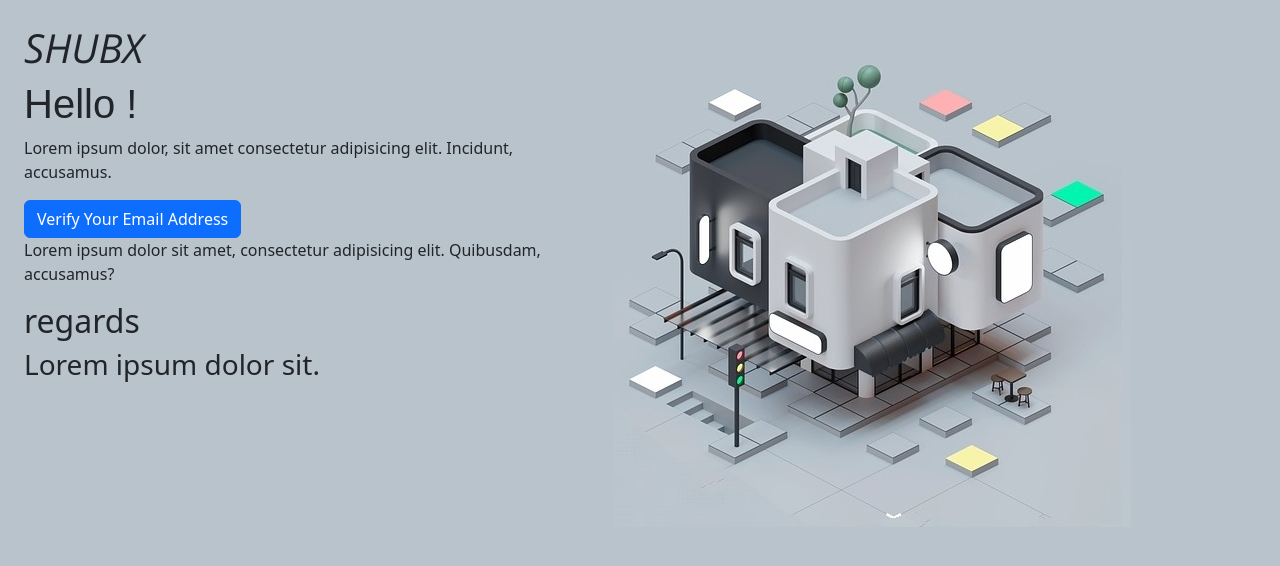
Repository: Aayush919/taskui
Page: index.html
These files come from the project's save history. The page is drawn as it stood at one moment and after the next save; the edit follows.
The browser window is 1280 px wide. The pictures show the whole page.
Some web fonts or font styles are not loaded; a fallback is used.

Above is the page before, as saved 2024-01-12 14:54:00.

### index.html
<!DOCTYPE html>
<html lang="en">

<head>
    <meta charset="utf-8">
    <meta name="viewport" content="width=device-width, initial-scale=1">
    <title>Bootstrap demo</title>
    <link href="https://cdn.jsdelivr.net/npm/bootstrap@5.3.2/dist/css/bootstrap.min.css" rel="stylesheet"
        integrity="sha384-T3c6CoIi6uLrA9TneNEoa7RxnatzjcDSCmG1MXxSR1GAsXEV/Dwwykc2MPK8M2HN" crossorigin="anonymous">
    <link rel="stylesheet" href="style.css">
    <style>
        .right img {
            max-width: 100%;
            height: auto;
        }
    </style>
</head>

<body >

    <div class="bg-light custom-bg ">
    <div class="container-fluid custom-bg p-4">
        <div class="row">
            <div class="col-lg-6 left">
                <div class="top">
                    <h1 class="title">Shubx</h1>
                    <h1 class="hello">Hello !</h1>
                    <p>Lorem ipsum dolor, sit amet consectetur adipisicing elit. Incidunt, accusamus.</p>
                    <button class="btn btn-primary">Verify Your Email Address</button>
                    <p>Lorem ipsum dolor sit amet, consectetur adipisicing elit. Quibusdam, accusamus?</p>
                    <h2>regards</h2>
                    <h3>Lorem ipsum dolor sit.</h3>
                </div>
            </div>
            <div class="col-lg-6 right">
                <img src="./bg.jpg" alt="Background Image" class="img-fluid">
            </div>
        </div>
    </div>
    </div>

    <script src="https://cdn.jsdelivr.net/npm/bootstrap@5.3.2/dist/js/bootstrap.bundle.min.js"
        integrity="sha384-C6RzsynM9kWDrMNeT87bh95OGNyZPhcTNXj1NW7RuBCsyN/o0jlpcV8Qyq46cDfL"
        crossorigin="anonymous"></script>
</body>

</html>

### style.css
@import url('https://fonts.googleapis.com/css2?family=Open+Sans:ital,wght@1,300&display=swap');
@import url('https://fonts.googleapis.com/css2?family=Open+Sans:ital,wght@1,300&family=Salsa&display=swap');



* {
    margin: 0;
    padding: 0;
    box-sizing: border-box;

}


html,
body {
    height: 100%;
    width: 100%;

}

.custom-bg {
    background-color: #B9C3CC;
    min-height: 100vh;
    width: 100%;
    display: flex;
    justify-content: space-between;


}

.title{
    font-family: 'Open Sans', sans-serif;
    text-transform: uppercase;
}

.hello{
    font-family: 'Salsa',sans-serif;
}

After the next save:
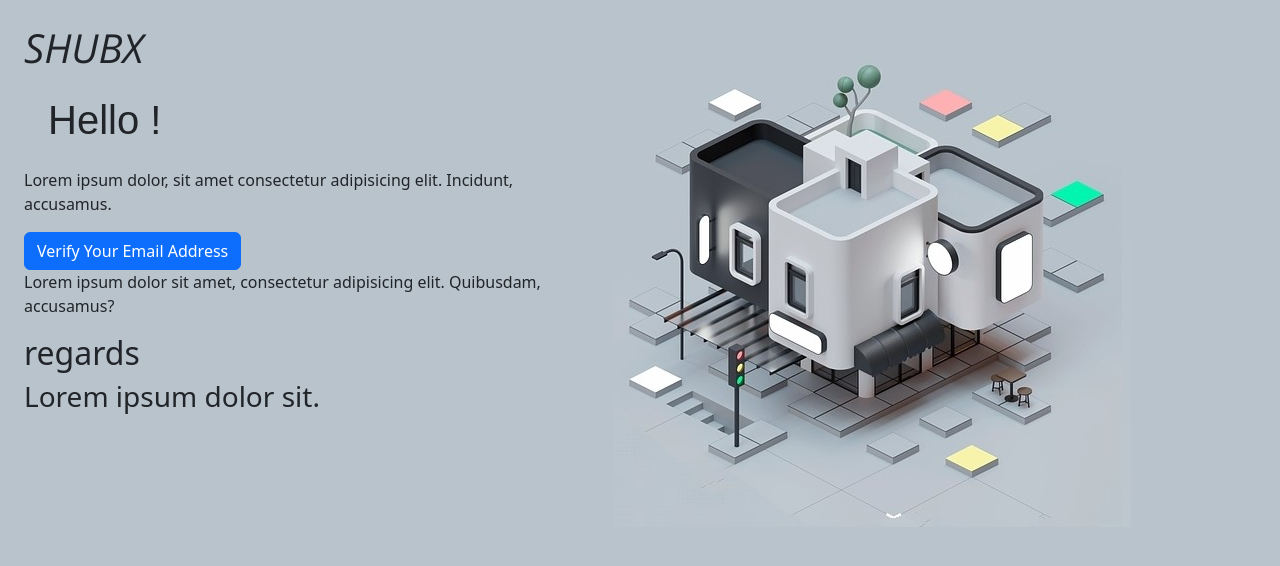
Saved 29 s later.
--- a/index.html
+++ b/index.html
@@ -24,7 +24,7 @@
             <div class="col-lg-6 left">
                 <div class="top">
                     <h1 class="title">Shubx</h1>
-                    <h1 class="hello">Hello !</h1>
+                    <h1 class="hello m-4">Hello !</h1>
                     <p>Lorem ipsum dolor, sit amet consectetur adipisicing elit. Incidunt, accusamus.</p>
                     <button class="btn btn-primary">Verify Your Email Address</button>
                     <p>Lorem ipsum dolor sit amet, consectetur adipisicing elit. Quibusdam, accusamus?</p>

After the 3 saves that followed:
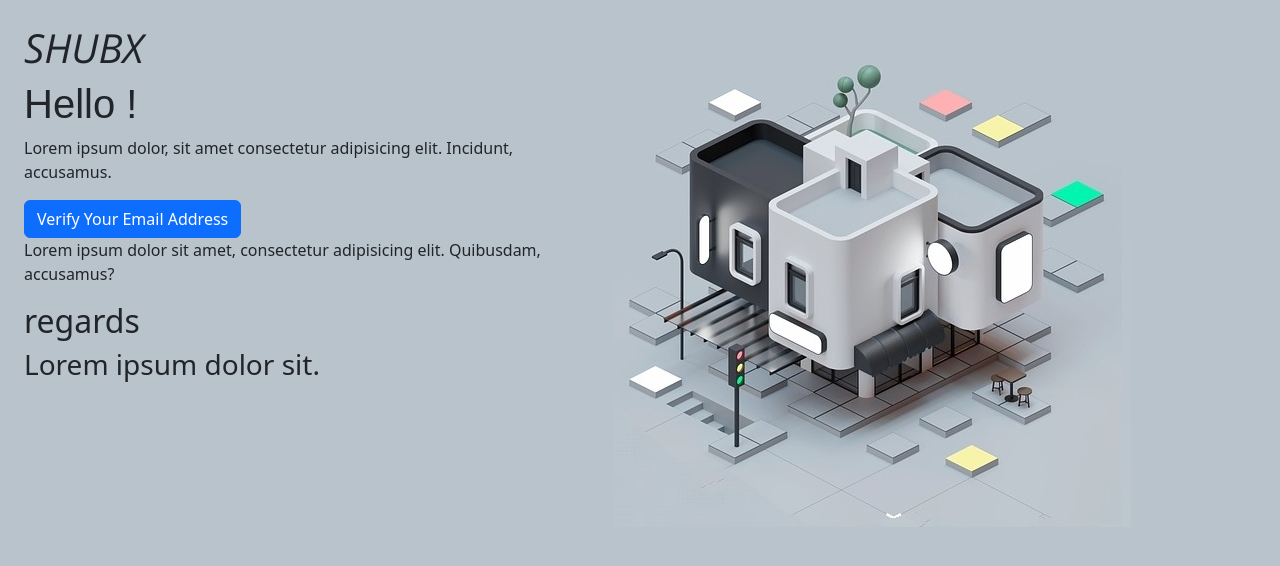
The 3 saves are shown as one change because they came seconds apart.
The last was saved 12 s later.
--- a/index.html
+++ b/index.html
@@ -22,9 +22,9 @@
     <div class="container-fluid custom-bg p-4">
         <div class="row">
             <div class="col-lg-6 left">
-                <div class="top">
+                <div class="top ">
                     <h1 class="title">Shubx</h1>
-                    <h1 class="hello m-4">Hello !</h1>
+                    <h1 class="hello m-">Hello !</h1>
                     <p>Lorem ipsum dolor, sit amet consectetur adipisicing elit. Incidunt, accusamus.</p>
                     <button class="btn btn-primary">Verify Your Email Address</button>
                     <p>Lorem ipsum dolor sit amet, consectetur adipisicing elit. Quibusdam, accusamus?</p>
